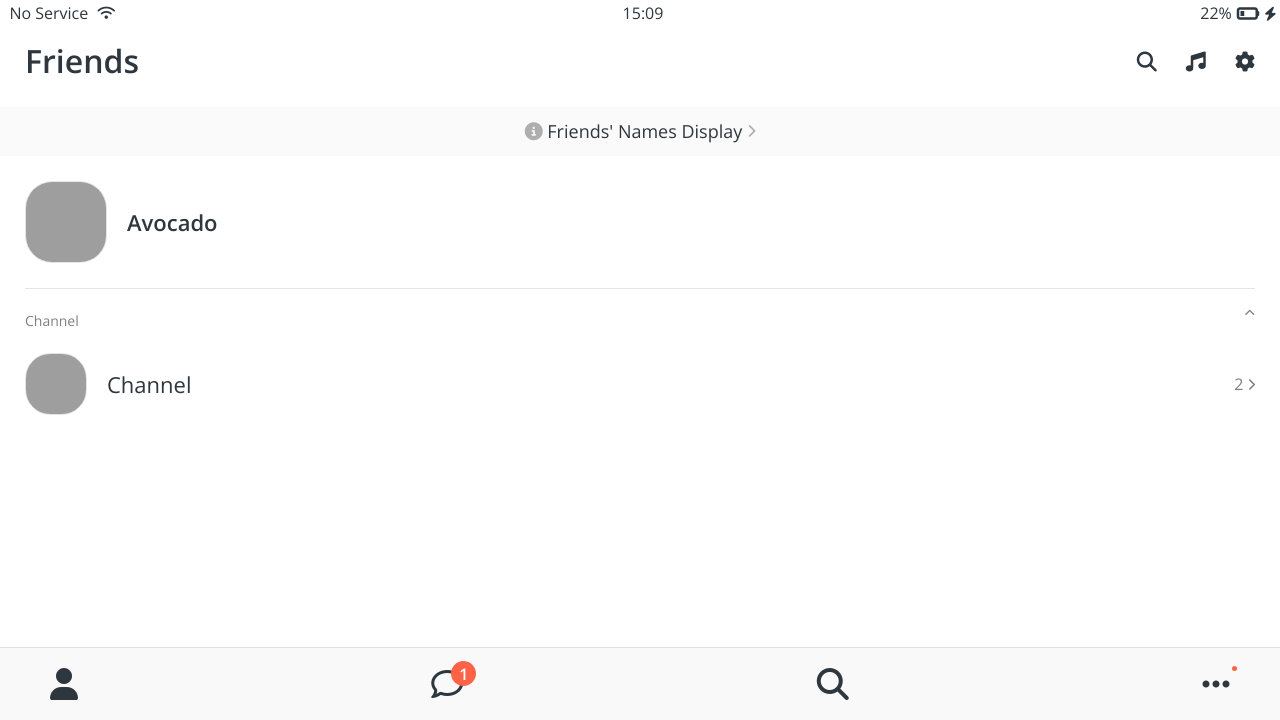
Repository: mjey14/kokoa-clone-2024-08
Page: friends.html
The author's editor kept a copy of each file at every save. The page is drawn from the files as they stood at one save, then again after the next save.
The browser window is 1280 px wide. The pictures show the whole page.
Pictures or frames that could not be fetched are drawn as grey boxes. Some web libraries are served in a nearby version.

Above is the page before, as saved 2024-08-25 21:00:07.

### friends.html
<!DOCTYPE html>
<html lang="en">
  <head>
    <link rel="stylesheet" href="css/styles.css" />
    <meta charset="UTF-8" />
    <meta name="viewport" content="width=device-width, initial-scale=1.0" />
    <title>Friends - KokoaClone</title>
  </head>
  <body>
    <div class="status-bar">
      <div class="status-bar__column">
        <span>No Service</span>
        <i class="fa-solid fa-wifi fa-sm"></i>
      </div>
      <div class="status-bar__column">
        <span>15:09</span>
      </div>
      <div class="status-bar__column">
        <span>22%</span>
        <i class="fa-solid fa-battery-quarter fa-lg"></i>
        <i class="fa-solid fa-bolt fa-sm"></i>
      </div>
    </div>

    <header class="screen-header">
      <h1 class="screen-header__title">Friends</h1>
      <div class="screen-header__icons">
        <span><i class="fa-solid fa-magnifying-glass fa-lg"></i></span>
        <span><i class="fa-solid fa-music fa-lg"></i></span>
        <span><i class="fa-solid fa-gear fa-lg"></i></span>
      </div>
    </header>

    <a id="friends-display-link">
      <i class="fa-solid fa-circle-info"></i> Friends' Names Display
      <i class="fa-solid fa-chevron-right fa-xs"></i>
    </a>
    <main class="friends-screen">
      <div class="user-component">
        <div class="user-component__column">
          <img
            class="user-component__avatar user-component__avatar--xl"
            src="https://cdn.britannica.com/72/170772-050-D52BF8C2/Avocado-fruits.jpg"
          />
          <div class="user-component__text">
            <h4 class="user-component__title">Avocado</h4>
            <!-- <h6 class="user-component__subtitle">this text whatever</h6> -->
          </div>
        </div>
        <div class="user-component__column"></div>
      </div>
      <div class="friends-screen__channel">
        <div class="friends-screen__channel-header">
          <span>Channel</span>
          <i class="fa-solid fa-chevron-up fa-xs"></i>
        </div>
        <div class="user-component">
          <div class="user-component__column">
            <img
              class="user-component__avatar user-component__avatar--sm"
              src="https://images-eds-ssl.xboxlive.com/image?url=4rt9.lXDC4H_93laV1_eHM0OYfiFeMI2p9MWie0CvL99U4GA1gf6_kayTt_kBblFwHwo8BW8JXlqfnYxKPmmBcX6wYOjOFZaAfhmaS_qZ1Fqa5spxZBglj79LxCVcqkrja1mDd8qYRhx1Gss.ZBMJKs4hKtI19wwOFsNnB53F1U-&format=source&h=576"
            />
            <div class="user-component__text">
              <h4 class="user-component__title user-component__title--not-bold">
                Channel
              </h4>
              <!-- <h6 class="user-component__subtitle">this text whatever</h6> -->
            </div>
          </div>
          <div class="user-component__column">
            <div>
              <span>2</span> <i class="fa-solid fa-chevron-right fa-xs"></i>
            </div>
          </div>
        </div>
      </div>
    </main>

    <nav class="nav">
      <ul class="nav__list">
        <li class="nav__btn">
          <a class="nav__link" href="friends.html"
            ><i class="fa-solid fa-user fa-2x"></i
          ></a>
        </li>
        <li class="nav__btn">
          <a class="nav__link" href="chats.html">
            <span class="nav__notification badge">1</span>
            <i class="fa-regular fa-comment fa-2x"></i
          ></a>
        </li>
        <li class="nav__btn">
          <a class="nav__link" href="find.html"
            ><i class="fa-solid fa-magnifying-glass fa-2x"></i
          ></a>
        </li>
        <li class="nav__btn">
          <a class="nav__link" href="more.html">
            <div class="nav__newbadge"></div>
            <i class="fa-solid fa-ellipsis fa-2x"></i
          ></a>
        </li>
      </ul>
    </nav>

    <script
      src="https://kit.fontawesome.com/2eddee84de.js"
      crossorigin="anonymous"
    ></script>
  </body>
</html>

### css/styles.css
@import url("https://fonts.googleapis.com/css2?family=Open+Sans:ital,wght@0,300..800;1,300..800&display=swap");
@import "reset.css";
@import "variables.css";

/* Components */
@import "components/status-bar.css";
@import "components/nav-bar.css";
@import "components/screen-header.css";
@import "components/user-component.css";
@import "components/badge.css";
@import "components/icon-row.css";
@import "components/alt-screen-header.css";

/* Screens */
@import "screens/login.css";
@import "screens/friends.css";
@import "screens/find.css";
@import "screens/more.css";
@import "screens/settings.css";
@import "screens/chat.css";

body {
  font-family: "Open Sans", sans-serif;
  color: #2e363e;
}

.main-screen {
  padding: 0px var(--horizontal-space);
}

### css/components/status-bar.css
.status-bar {
  display: flex;
  justify-content: center;
  padding: 5px 3px;
  position: fixed;
  top: 0px;
  width: 100%;
  box-sizing: content-box;
}

.status-bar__column {
  width: 33%;
}

.status-bar__column:first-child span {
  margin-right: 5px;
}

.status-bar__column:nth-child(2) {
  display: flex;
  justify-content: center;
}

.status-bar__column:last-child {
  display: flex;
  justify-content: flex-end;
  align-items: center;
}

.status-bar__column .fa-battery-quarter {
  margin: 0px 5px;
}

### css/components/nav-bar.css
.nav {
  position: fixed;
  bottom: 0px;
  width: 100%;
  background-color: #f9f9fa;
  padding: 20px 50px;
  box-sizing: border-box;
  border-top: var(--main-border);
}

.nav__list {
  display: flex;
  justify-content: space-between;
}

.nav__link {
  color: #2e363e;
  position: relative;
}

.nav__notification {
  position: absolute;
  left: 20px;
  bottom: 15px;
}

.nav__newbadge {
  background-color: tomato;
  width: 5px;
  height: 5px;
  border-radius: 50%;
  display: flex;
  justify-content: center;
  align-items: center;
  position: absolute;
  left: 30px;
  bottom: 30px;
}

### css/components/screen-header.css
.screen-header {
  display: flex;
  justify-content: space-between;
  align-items: center;
  padding: var(--horizontal-space);
  margin-top: 20px;
  margin-bottom: 15px;
}

.screen-header__title {
  font-size: 32px;
  font-weight: 600;
}

.screen-header__icons span {
  margin-left: 25px;
}

.screen-header__icons {
  position: relative;
}

.screen-header__newbadge {
  background-color: tomato;
  width: 5px;
  height: 5px;
  border-radius: 50%;
  display: flex;
  justify-content: center;
  align-items: center;
  position: absolute;
  right: -5px;
  top: -5px;
}

### css/components/user-component.css
.user-component {
  justify-content: space-between;
  margin-bottom: 25px;
}

.user-component,
.user-component__column:first-child {
  display: flex;
  align-items: center;
}

.user-component__avatar {
  width: 70px;
  height: 70px;
  border: 1px solid rgba(0, 0, 0, 0.1);
  border-radius: 27px;
  margin-right: 20px;
}

.user-component__title {
  font-weight: 600;
  font-size: 22px;
}

.user-component__subtitle {
  margin-top: 8px;
  font-size: 17px;
  color: var(--gray);
}

.user-component__subtitle i {
  color: var(--gray);
  margin-left: 2px;
}

.user-component__avatar--xl {
  width: 80px;
  height: 80px;
}

.user-component__avatar--sm {
  width: 60px;
  height: 60px;
  border-radius: 25px;
}

.user-component__title--not-bold {
  font-weight: 400;
}

.user-component__column:last-child {
  color: var(--gray);
  display: flex;
  flex-direction: column;
  align-items: end;
}

.user-component__time {
  margin-bottom: 5px;
  display: block;
}

### css/components/badge.css
.badge {
  background-color: tomato;
  color: white;
  font-weight: 600;
  width: 25px;
  height: 25px;
  border-radius: 50%;
  display: flex;
  justify-content: center;
  align-items: center;
}

### css/components/alt-screen-header.css
.alt-header {
  padding: var(--horizontal-space);
  margin-top: 20px;
  margin-bottom: 15px;
  display: flex;
  align-items: center;
  justify-content: center;
}

.alt-header__column {
  width: 33%;
}

.alt-header__title {
  font-size: 28px;
  font-weight: 600;
}

.alt-header__column:first-child {
  margin-right: auto;
}

.alt-header__column:nth-child(2) {
  text-align: center;
}

.alt-header__column:last-child {
  margin-left: auto;
  display: flex;
  justify-content: flex-end;
}

.alt-header__column span:last-child {
  margin-left: 20px;
}

### css/screens/login.css
.welcome-header {
  margin: 90px 0px;
  text-align: center;
  display: flex;
  flex-direction: column;
  align-items: center;
}

.welcome-header__title {
  margin-bottom: 20px;
  font-size: 25px;
}

.welcome-header__text {
  width: 60%;
  opacity: 0.7;
}

#login-form {
  display: flex;
  flex-direction: column;
  margin: 0px 30px;
}

#login-form input {
  border: none;
  padding: 15px 0px;
  font-size: 18px;
  margin-bottom: 25px;
}

#login-form input:not([type="submit"]) {
  border-bottom: 1px solid rgba(0, 0, 0, 0.2);
  transition: border-color 0.3s ease-in-out;
}

#login-form input::placeholder {
  color: rgba(0, 0, 0, 0.4);
}

#login-form input:focus {
  border-color: var(--yellow);
}

#login-form input[type="submit"] {
  background-color: var(--yellow);
  cursor: pointer;
  padding: 15px 0px;
  border-radius: 5px;
}

#login-form a {
  text-align: center;
  text-decoration: none;
  color: inherit;
  font-size: 13px;
}

### css/screens/friends.css
#friends-display-link {
  text-align: center;
  display: block;
  background-color: #fafafa;
  padding: 15px 0px;
  font-size: 18px;
  margin-bottom: 25px;
  margin-top: -10px;
}

#friends-display-link i {
  color: rgba(0, 0, 0, 0.3);
}

.friends-screen {
  padding: 0px var(--horizontal-space);
}

.friends-screen__channel {
  border-top: var(--main-border);
  padding-top: 25px;
}

.friends-screen__channel-header {
  margin-bottom: 25px;
  display: flex;
  justify-content: space-between;
  color: var(--gray);
  font-size: 14px;
}

#splash-screen {
  background-color: var(--yellow);
  position: absolute;
  height: 100vh;
  width: 100vw;
  top: 0;
  display: flex;
  justify-content: center;
  align-items: center;
  font-size: 132px;
}

### css/screens/find.css
.recommended-friends {
  margin: 25px 0px;
  padding: 25px 0px;
  border-top: var(--main-border);
  border-bottom: var(--main-border);
}

.recommended-friends__title {
  font-size: 14px;
  color: var(--gray);
}

.recommended-friends span {
  display: block;
  margin: 100px 0px;
  text-align: center;
  font-size: 16px;
  color: var(--gray);
}

.open-chat__header {
  display: flex;
  justify-content: space-between;
  font-size: 14px;
  color: var(--gray);
  margin-bottom: 25px;
}

.open-chat__header span {
  opacity: 0.8;
}

.open-post {
  display: flex;
  justify-content: space-between;
  align-items: center;
}

.open-post__title {
  font-weight: 600;
  margin-bottom: 10px;
}

.open-post__hashtags {
  text-transform: uppercase;
  color: var(--gray);
}

.open-post__members {
  margin-top: 7px;
  display: flex;
  align-items: center;
}

.open-post__members img {
  width: 15px;
  height: 15px;
  border-radius: 50%;
  margin-right: 5px;
}

.open-post__members-count {
  color: var(--gray);
  font-size: 14px;
}

.open-post__members .divider {
  width: 1px;
  height: 12px;
  margin: 0px 5px;
  background-color: var(--gray);
}

.open-post__members-status {
  color: #ffb0e0;
}

.open-post__photo {
  position: relative;
}

.open-post__photo img {
  width: 120px;
  height: 120px;
  border-radius: 10px;
}

.open-post__heart-count {
  background-color: rgba(0, 0, 0, 0.5);
  color: white;
  padding: 5px;
  border-radius: 20px;
  display: flex;
  align-items: center;
  position: absolute;
  bottom: 10px;
  right: 10px;
  font-size: 14px;
}

.open-post__heart-count span {
  margin-left: 5px;
  margin-right: 2px;
}

### css/screens/more.css
.more-screen .icon-row {
  margin-bottom: 40px;
}

.more-suggestions {
  margin-top: 50px;
  border-top: var(--main-border);
  padding-top: 40px;
}

.more-suggestions__title {
  margin-bottom: 30px;
}

.more-suggestions__icons {
  display: flex;
}

.more-suggestions__icon {
  margin-right: 30px;
  display: flex;
  flex-direction: column;
  align-items: center;
}

.more-suggestions__icon-image {
  width: 60px;
  height: 60px;
  background-color: var(--yellow);
  border-radius: 10px;
  display: flex;
  justify-content: center;
  align-items: center;
  margin-bottom: 10px;
}

.more-suggestions__icon-image i {
  font-size: 32px;
  color: white;
}

### css/screens/settings.css
.settings__setting {
  padding: 20px 0px;
  border-bottom: 1px solid rgba(0, 0, 0, 0.1);
  font-size: 18px;
  display: flex;
  align-items: center;
  justify-content: space-between;
}

.settings__setting i {
  opacity: 0.8;
  margin-right: 20px;
  font-size: 20px;
}

.settings__setting-column:last-child {
  opacity: 0.7;
}

### css/screens/chat.css
#chat-screen {
  background-color: #abc1d1;
  height: 11000vh;
}

#chat-screen .alt-header,
#chat-screen .status-bar {
  top: 0;
  position: fixed;
  width: 100%;
  background-color: #abc1d1;
  box-sizing: border-box;
}

#chat-screen .status-bar {
  z-index: 2;
}

#chat-screen__status-bar {
  background-color: #abc1d1;
}

#chat-screen .alt-header {
  position: fixed;
  width: 100%;
  top: 0;
  box-sizing: border-box;
  background-color: #abc1d1;
  z-index: 1;
}

.main-chat {
  margin-top: 150px;
}

.main-chat {
  margin-top: 120px;
  display: flex;
  flex-direction: column;
  align-items: center;
}

.chat__timestamp {
  color: white;
  background-color: #92a4b2;
  padding: 15px;
  font-size: 14px;
  border-radius: 25px;
  margin-bottom: 25px;
}

.message-row {
  width: 100%;
  display: flex;
  margin-bottom: 25px;
}

.message-row img {
  width: 50px;
  height: 50px;
  border-radius: 50%;
  margin-right: 10px;
}

.message__author {
  margin-bottom: 5px;
  display: block;
}

.message__info {
  display: flex;
  align-items: flex-end;
}

.message__bubble {
  background-color: white;
  padding: 13px;
  font-size: 18px;
  border-radius: 15px;
  border-top-left-radius: 0px;
  margin-right: 5px;
}

.message__time,
.message__author {
  opacity: 0.8;
  font-size: 14px;
}
.message-row--own {
  justify-content: flex-end;
}

.message-row--own .message__bubble {
  background-color: var(--yellow);
  border-top-right-radius: 0px;
  border-top-left-radius: 15px;
  margin-right: 0px;
  margin-left: 5px;
}

.message-row--own .message__info {
  flex-direction: row-reverse;
}

.reply {
  position: fixed;
  bottom: 0;
  width: 100%;
  background-color: white;
  display: flex;
  justify-content: space-between;
  padding: 5px 25px;
  box-sizing: border-box;
  align-items: center;
}

.reply .reply__column:first-child {
  width: 10%;
}
.reply .reply__column:last-child {
  width: 90%;
  position: relative;
}

.reply i {
  opacity: 0.5;
}

.reply input {
  padding: 14px;
  width: 100%;
  border: var(--main-border);
  border-radius: 25px;
  box-sizing: border-box;
}

.reply__column:last-child > i,
.reply__column:last-child button {
  position: absolute;
  right: 3px;
  top: 3px;
}

.reply__column:last-child > i {
  right: 50px;
  top: 15px;
}

.reply__column button {
  background-color: var(--yellow);
  border: none;
  width: 40px;
  height: 40px;
  border-radius: 50%;
}

.reply__column button i {
  opacity: 1;
}
.reply__column button:focus,
.reply__column button:active {
  outline: none;
}

Loaded but not shown: css/reset.css (common file); css/variables.css (common file); css/components/icon-row.css (common file)

After the next save:
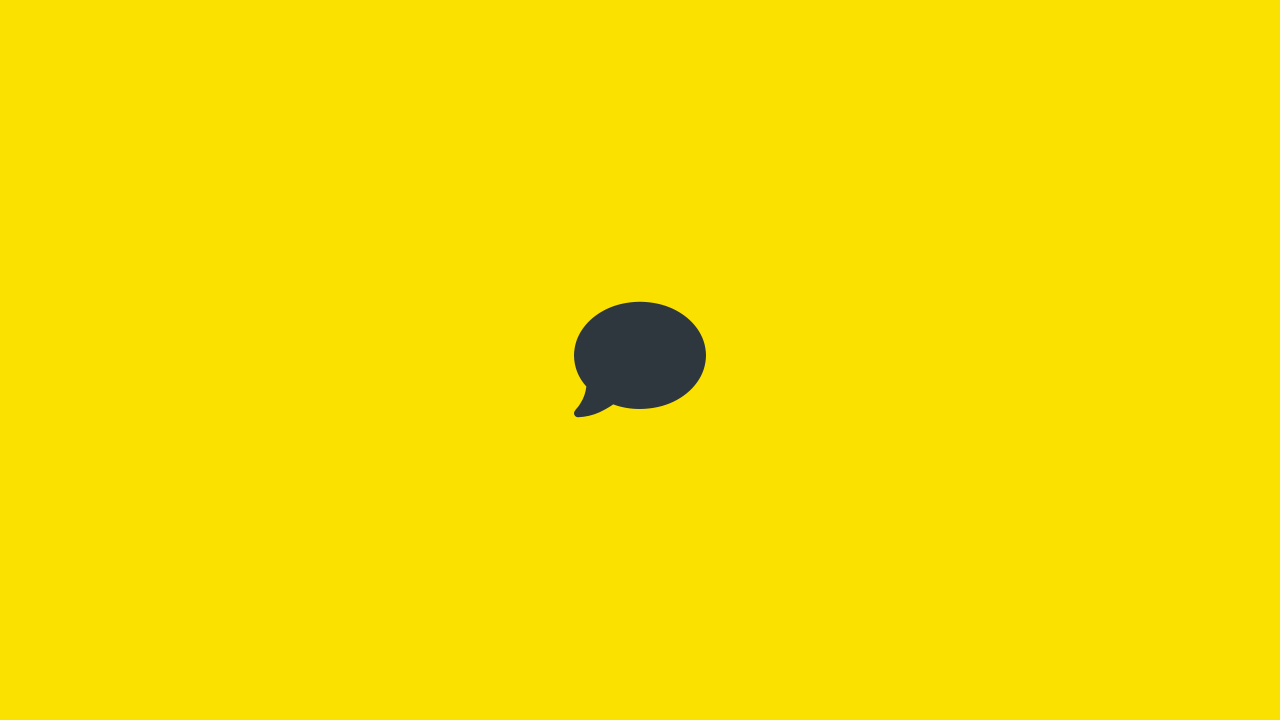
Saved 18 s later.
--- a/friends.html
+++ b/friends.html
@@ -103,6 +103,10 @@
       </ul>
     </nav>
 
+    <div id="splash-screen">
+      <i class="fas fa-comment"></i>
+    </div>
+
     <script
       src="https://kit.fontawesome.com/2eddee84de.js"
       crossorigin="anonymous"

After the 2 saves that followed:
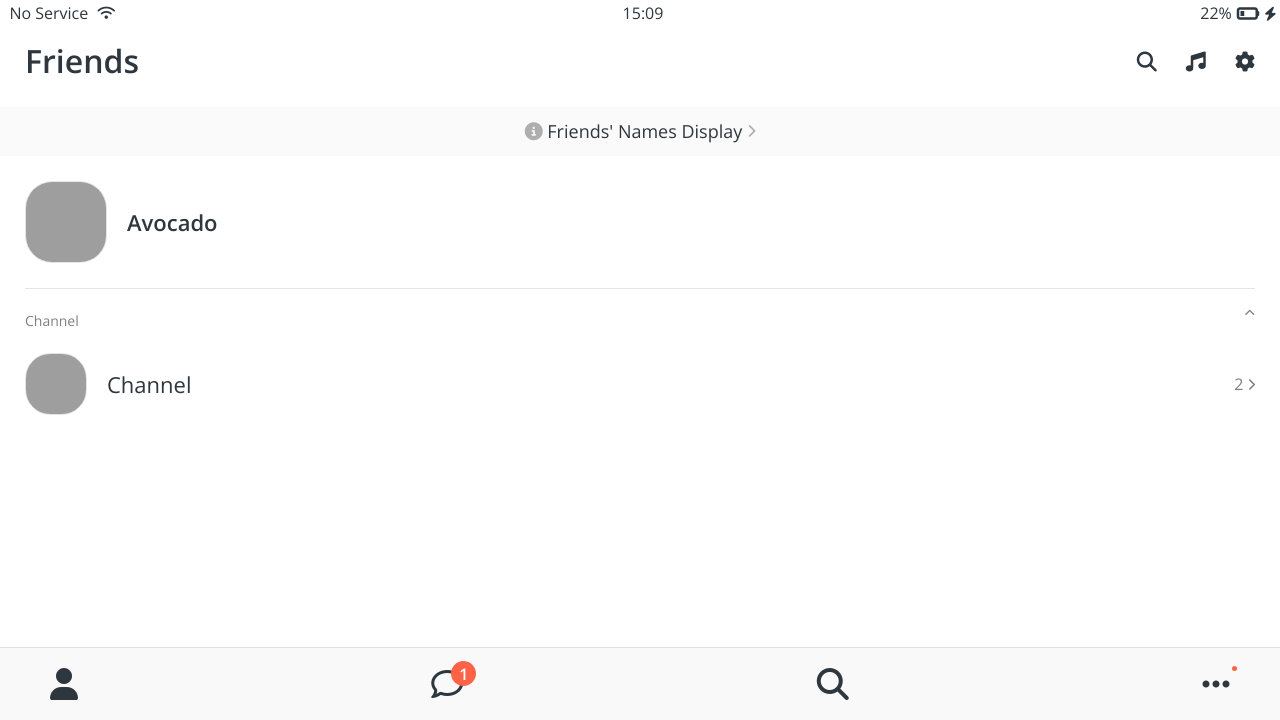
The 2 saves are shown as one change because 1 left the picture as it was.
The last was saved 45 s later.
--- a/css/screens/friends.css
+++ b/css/screens/friends.css
@@ -29,6 +29,16 @@
   font-size: 14px;
 }
 
+@keyframes hideSplashScreen {
+  from {
+    opacity: 1;
+  }
+  to {
+    opacity: 0;
+    visibility: hidden;
+  }
+}
+
 #splash-screen {
   background-color: var(--yellow);
   position: absolute;
@@ -39,4 +49,6 @@
   justify-content: center;
   align-items: center;
   font-size: 132px;
+  animation: hideSplashScreen 0.3s ease-in-out forwards;
+  animation-delay: 2s;
 }
